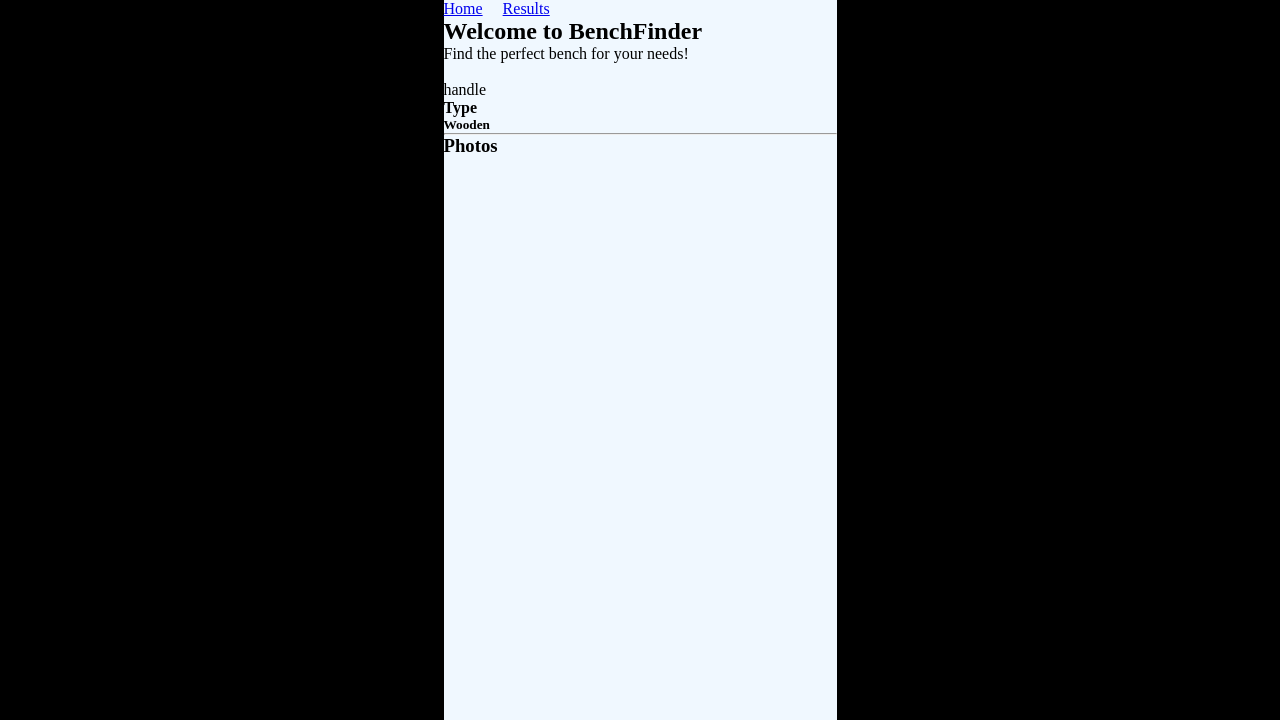
Repository: HidayatPatil/BenchFinder
Page: /
These files come from the project's save history. The page is drawn as it stood at one moment and after the next save; the edit follows.
The browser window is 1280 px wide. The pictures show the whole page.
The project was rebuilt for these pictures with package versions that can differ from the ones it lists, and the page was loaded fresh each time. Also part of the build but not shown: vite.config.js, src/Results.jsx.

Above is the page before, as saved 2025-10-09 18:26:08.

After the next save:
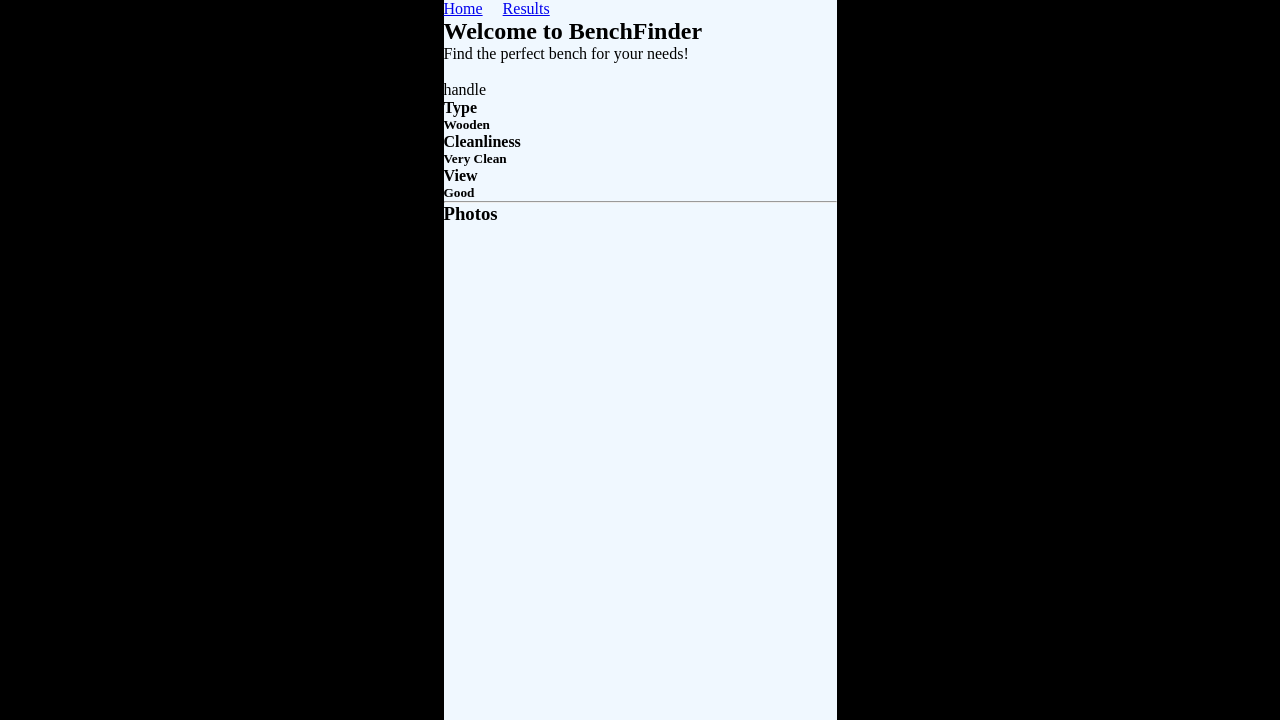
Saved 30 s later.
--- a/src/components/contentDrawer.jsx
+++ b/src/components/contentDrawer.jsx
@@ -9,8 +9,14 @@ export default function ContentDrawer(){
                         <h4>Type</h4>
                         <h5>Wooden</h5>
                     </div>
-                    <div className="bench_cleanliness"></div>
-                    <div className="bench_view"></div>
+                    <div className="bench_cleanliness">
+                        <h4>Cleanliness</h4>
+                        <h5>Very Clean</h5>
+                    </div>
+                    <div className="bench_view">
+                        <h4>View</h4>
+                        <h5>Good</h5>
+                    </div>
                 </div>
             </div>
             <hr />
